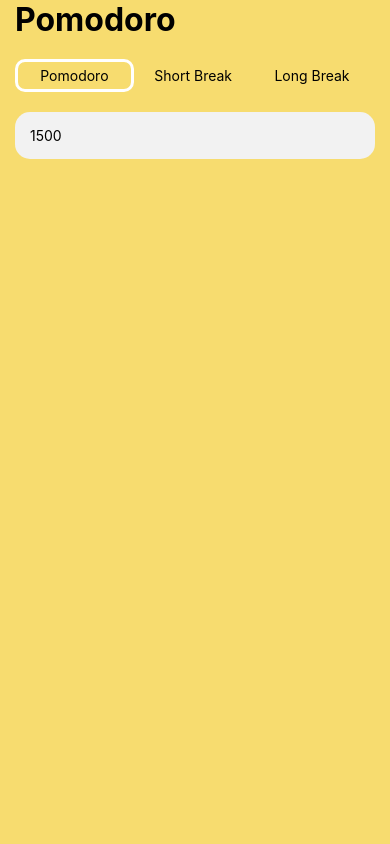
Repository: rchavarria77/pomodoro-app
Screen: /
The author's editor kept a copy of each file at every save. The screen is drawn from the files as they stood at one save, then again after the next save.
The app was drawn by React Native's web renderer in a window 390 px wide. The project was rebuilt for these pictures with package versions that can differ from the ones it lists, and the page was loaded fresh each time.

Above is the screen before, as saved 2024-02-01 00:59:09.

After the next save:
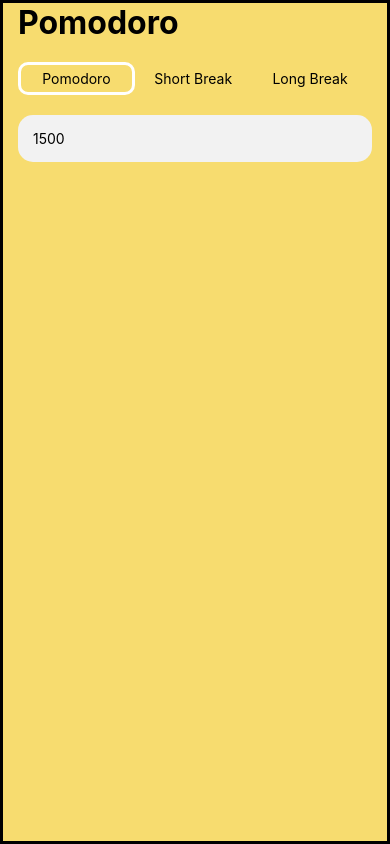
Saved 26 s later.
--- a/App.js
+++ b/App.js
@@ -19,6 +19,7 @@
           paddingHorizontal: 15,
           paddingTop: Platform.OS === 'android' && 30,
           flex: 1,
+          borderWidth: 3,
         }}
       >
         <Text style={styles.text}>Pomodoro</Text>

After the save that followed:
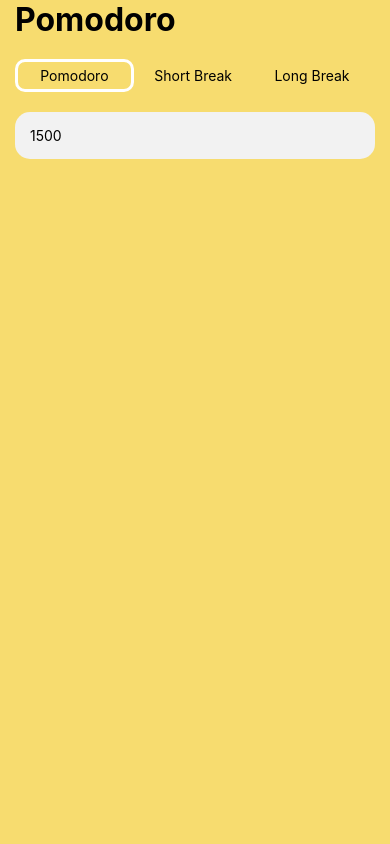
Saved 4 s later.
--- a/App.js
+++ b/App.js
@@ -19,7 +19,6 @@
           paddingHorizontal: 15,
           paddingTop: Platform.OS === 'android' && 30,
           flex: 1,
-          borderWidth: 3,
         }}
       >
         <Text style={styles.text}>Pomodoro</Text>
